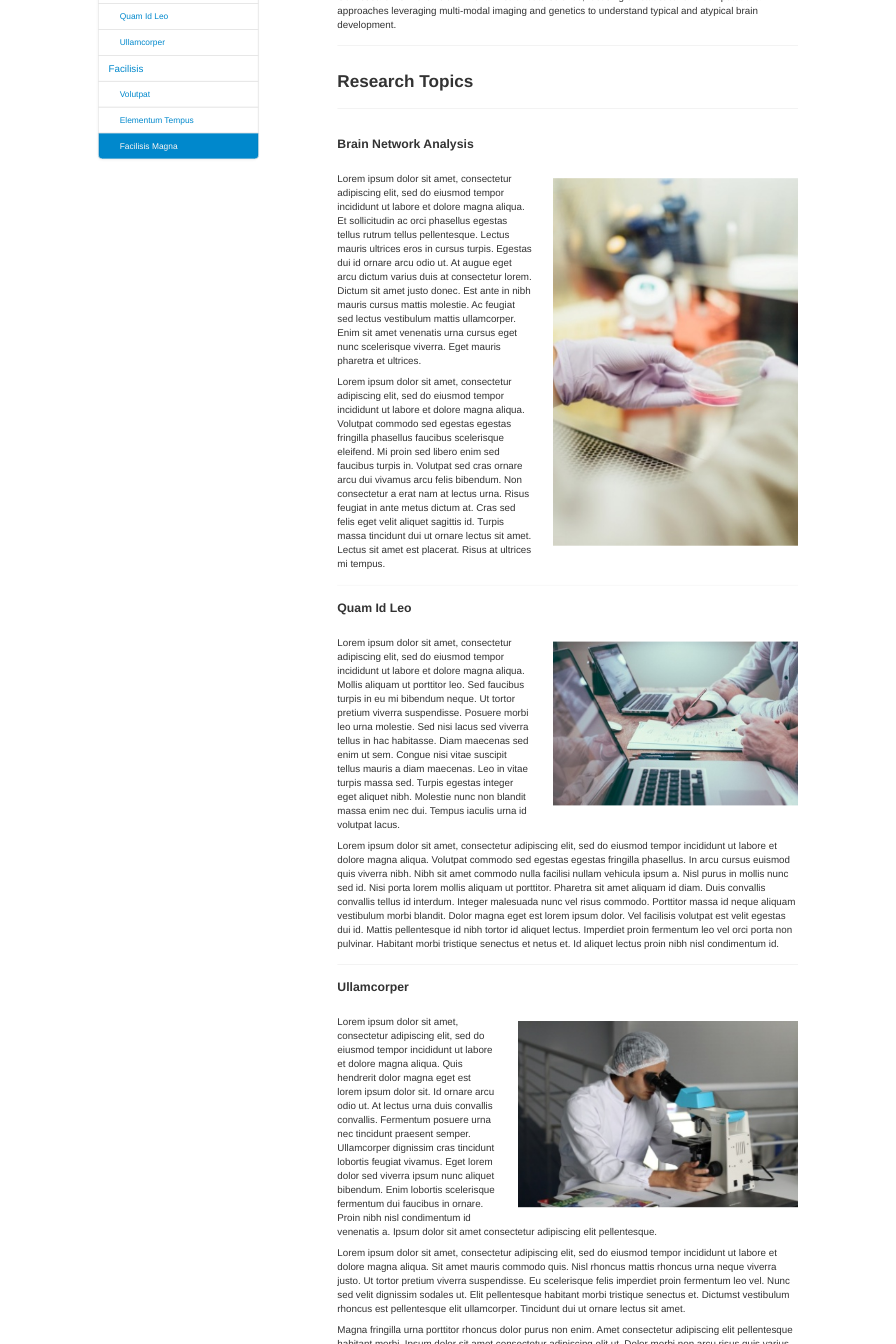
Repository: nbillab/nbillab.io
Page: research.html
An editor plug-in stored every save of this project. The page is shown before and after the next save, followed by the edit.
The browser window is 1280 px wide. The pictures show the part of the page from y = 391 to 2311 px (the page is 4445 px tall before and 4764 px after), at 70% of full size.

Above is the page before, as saved 2025-08-17 19:44:48.

### research.html
<!DOCTYPE html>
<html lang="en">
   <head>
      <meta charset="utf-8">
      <title>Research</title>
      <meta name="viewport" content="width=device-width, initial-scale=1.0">
      <meta name="description" content="Research Lab, Home, Velit Aliquet Sagittis University">
      <meta name="author" content="">
      <!-- Le styles -->
      <link href="css/bootstrap.min.css" rel="stylesheet">
      <link href="css/bootstrap-responsive.min.css" rel="stylesheet">
      <link href="css/theme.css" rel="stylesheet">
   </head>
   <body>
      <div class="container">
         <header class="jumbotron subhead" id="overview">
            <p class="lead"> School of Data Science, University of Virginia </p>
            <h1>NeuroBioInformatics Lab</h1>
         </header>
         <div class="masthead">
            <div class="navbar">
               <div class="navbar-inner">
                  <div class="container">
                     <ul class="nav">
                        <li><a href="index.html">Home</a></li>
                        <li><a href="people.html">People</a></li>
                        <li class="active"><a href="#">Research</a></li>
                        <li><a href="publications.html">Publications</a></li>
                        <li><a href="gallery.html">Gallery</a></li>
                        <li><a href="news.html">News</a></li>
                        <li><a href="contact.html">Contact</a></li>
                     </ul>
                  </div>
               </div>
            </div>
         </div>
         <hr>
         <div class="row-fluid">
            <div class="span3 bs-docs-sidebar" id="navparent">
               <ul class="nav nav-list bs-docs-sidenav" data-spy="affix" data-offset-top="200" data-offset-bottom="260">
                  <li><a href="#statemet"> Research Description </a></li>
                  <li><a href="#nano"> Enim Raesent Elementum </a></li>
                  <li><a class="subhead" href="#Penatibus"> Penatibus </a></li>
                  <li><a class="subhead" href="#QuamIdLeo"> Quam Id Leo  </a></li>
                  <li><a class="subhead" href="#Ullamcorper"> Ullamcorper </a></li>
                  <li><a href="#Facilisis">Facilisis</a></li>
                  <li><a class="subhead" href="#Volutpat"> Volutpat </a></li>
                  <li><a class="subhead" href="#ElementumTempus"> Elementum Tempus </a></li>
                  <li><a class="subhead" href="#FacilisisMagna"> Facilisis Magna </a></li>
               </ul>
            </div>
            <div class="span8 offset1">
               <section id="statemet">
                  <div class="page-header">
                     <h3>Research Description</h3>
                     <hr>
                     <p>Welcome to the NeuroBioInformatics Lab (NBIL) of School of Data Science at the University of Virginia.
                        Our research is in the field of mental health data science, focusing on statistical and computational approaches leveraging multi-modal imaging and genetics to understand typical and atypical brain development.
                     </p>
                  </div>
               </section>
               <section id="nano">
                  <div class="page-header">
                     <h3>Research Topics</h3>
                  </div>
                  <div class="row-fluid">
                     <div class="span12">
                        <section id="Penatibus">
                           <h4>Brain Network Analysis</h4>
                           <br/>
                           <img src="images/scientist-with-petri-dish.jpg" class="float-right" alt="Penatibus"/>
                           <p>
                              Lorem ipsum dolor sit amet, consectetur adipiscing elit, sed do eiusmod
                              tempor incididunt ut labore et dolore magna aliqua. Et sollicitudin ac
                              orci phasellus egestas tellus rutrum tellus pellentesque. Lectus mauris
                              ultrices eros in cursus turpis. Egestas dui id ornare arcu odio ut. At
                              augue eget arcu dictum varius duis at consectetur lorem. Dictum sit amet
                              justo donec. Est ante in nibh mauris cursus mattis molestie. Ac feugiat
                              sed lectus vestibulum mattis ullamcorper. Enim sit amet venenatis urna
                              cursus eget nunc scelerisque viverra. Eget mauris pharetra et ultrices.
                           </p>
                           <p>
                              Lorem ipsum dolor sit amet, consectetur adipiscing elit, sed do eiusmod
                              tempor incididunt ut labore et dolore magna aliqua. Volutpat commodo sed
                              egestas egestas fringilla phasellus faucibus scelerisque eleifend. Mi
                              proin sed libero enim sed faucibus turpis in. Volutpat sed cras ornare
                              arcu dui vivamus arcu felis bibendum. Non consectetur a erat nam at lectus
                              urna. Risus feugiat in ante metus dictum at. Cras sed felis eget velit
                              aliquet sagittis id. Turpis massa tincidunt dui ut ornare lectus sit amet.
                              Lectus sit amet est placerat. Risus at ultrices mi tempus.
                           </p>
                        </section>
                        <hr>
                        <section id="QuamIdLeo">
                           <h4>Quam Id Leo</h4>
                           <br/>
                           <img src="images/brainstorming-paper.jpg" class="float-right" alt="Quam Id Leo"/>
                           <p>
                              Lorem ipsum dolor sit amet, consectetur adipiscing elit, sed do eiusmod
                              tempor incididunt ut labore et dolore magna aliqua. Mollis aliquam ut
                              porttitor leo. Sed faucibus turpis in eu mi bibendum neque. Ut tortor
                              pretium viverra suspendisse. Posuere morbi leo urna molestie. Sed nisi
                              lacus sed viverra tellus in hac habitasse. Diam maecenas sed enim ut sem.
                              Congue nisi vitae suscipit tellus mauris a diam maecenas. Leo in vitae
                              turpis massa sed. Turpis egestas integer eget aliquet nibh. Molestie
                              nunc non blandit massa enim nec dui. Tempus iaculis urna id volutpat lacus.
                           </p>
                           <p>
                              Lorem ipsum dolor sit amet, consectetur adipiscing elit, sed do eiusmod
                              tempor incididunt ut labore et dolore magna aliqua. Volutpat commodo sed
                              egestas egestas fringilla phasellus. In arcu cursus euismod quis viverra
                              nibh. Nibh sit amet commodo nulla facilisi nullam vehicula ipsum a. Nisl
                              purus in mollis nunc sed id. Nisi porta lorem mollis aliquam ut porttitor.
                              Pharetra sit amet aliquam id diam. Duis convallis convallis tellus id
                              interdum. Integer malesuada nunc vel risus commodo. Porttitor massa id
                              neque aliquam vestibulum morbi blandit. Dolor magna eget est lorem ipsum
                              dolor. Vel facilisis volutpat est velit egestas dui id. Mattis pellentesque
                              id nibh tortor id aliquet lectus. Imperdiet proin fermentum leo vel orci
                              porta non pulvinar. Habitant morbi tristique senectus et netus et. Id aliquet
                              lectus proin nibh nisl condimentum id.
                           </p>
                        </section>
                        <hr>
                        <section id="Ullamcorper">
                           <h4>Ullamcorper</h4>
                           <br/>
                           <img src="images/man-with-microscope.jpg" class="float-right" alt="Ullamcorper"/>
                           <p>
                              Lorem ipsum dolor sit amet, consectetur adipiscing elit, sed do
                              eiusmod tempor incididunt ut labore et dolore magna aliqua. Quis
                              hendrerit dolor magna eget est lorem ipsum dolor sit. Id ornare
                              arcu odio ut. At lectus urna duis convallis convallis. Fermentum
                              posuere urna nec tincidunt praesent semper. Ullamcorper dignissim
                              cras tincidunt lobortis feugiat vivamus. Eget lorem dolor sed
                              viverra ipsum nunc aliquet bibendum. Enim lobortis scelerisque
                              fermentum dui faucibus in ornare. Proin nibh nisl condimentum id
                              venenatis a. Ipsum dolor sit amet consectetur adipiscing elit
                              pellentesque.
                           </p>
                           <p>
                              Lorem ipsum dolor sit amet, consectetur adipiscing elit, sed
                              do eiusmod tempor incididunt ut labore et dolore magna aliqua.
                              Sit amet mauris commodo quis. Nisl rhoncus mattis rhoncus urna
                              neque viverra justo. Ut tortor pretium viverra suspendisse. Eu
                              scelerisque felis imperdiet proin fermentum leo vel. Nunc sed
                              velit dignissim sodales ut. Elit pellentesque habitant morbi
                              tristique senectus et. Dictumst vestibulum rhoncus est
                              pellentesque elit ullamcorper. Tincidunt dui ut ornare lectus
                              sit amet.
                           </p>
                           <p>
                              Magna fringilla urna porttitor rhoncus dolor purus non enim.
                              Amet consectetur adipiscing elit pellentesque habitant morbi.
                              Ipsum dolor sit amet consectetur adipiscing elit ut. Dolor morbi
                              non arcu risus quis varius quam quisque id. Cras tincidunt lobortis
                              feugiat vivamus. Lorem ipsum dolor sit amet consectetur adipiscing
                              elit duis. Accumsan tortor posuere ac ut consequat semper viverra.
                              Mattis nunc sed blandit libero volutpat sed.
                           </p>
                        </section>
                     </div>
                  </div>
               </section>
               <hr>
               <section id="Facilisis">
                  <div class="page-header">
                     <h3>Facilisis</h3>
                  </div>
                  <div class="row-fluid">
                     <div class="span12">
                        <section id="Volutpat">
                           <h4>Volutpat</h4>
                           <br/>
                           <img src="images/solar-2.jpg" class="float-right" alt="Volutpat"/>
                           <p>
                              Lorem ipsum dolor sit amet, consectetur adipiscing elit, sed do eiusmod
                              tempor incididunt ut labore et dolore magna aliqua. Ultricies mi quis
                              hendrerit dolor. Non odio euismod lacinia at quis risus sed vulputate odio.
                              Amet volutpat consequat mauris nunc congue nisi. Netus et malesuada fames
                              ac turpis egestas maecenas. Mauris in aliquam sem fringilla ut morbi tincidunt.
                              Arcu bibendum at varius vel. Vel eros donec ac odio tempor. Nec ullamcorper
                              sit amet risus nullam eget. Volutpat blandit aliquam etiam erat velit
                              scelerisque in dictum. Eu facilisis sed odio morbi quis. Justo eget magna
                              fermentum iaculis eu. Orci eu lobortis elementum nibh tellus molestie nunc non
                              blandit. Bibendum arcu vitae elementum curabitur vitae nunc sed. Iaculis eu non
                              diam phasellus vestibulum lorem. Auctor augue mauris augue neque gravida. Sit
                              amet purus gravida quis blandit. In nulla posuere sollicitudin aliquam ultrices.
                           </p>
                           <p>
                              Lorem ipsum dolor sit amet, consectetur adipiscing elit, sed do eiusmod tempor
                              incididunt ut labore et dolore magna aliqua. Nisi quis eleifend quam adipiscing
                              vitae proin. Metus vulputate eu scelerisque felis imperdiet proin fermentum.
                              Consectetur adipiscing elit duis tristique sollicitudin. Faucibus ornare
                              suspendisse sed nisi lacus sed viverra. Odio tempor orci dapibus ultrices in
                              iaculis nunc sed augue. Laoreet non curabitur gravida arcu ac tortor dignissim
                              convallis aenean. Posuere sollicitudin aliquam ultrices sagittis orci. Tellus
                              orci ac auctor augue. Tristique risus nec feugiat in. In est ante in nibh mauris.
                              Neque gravida in fermentum et sollicitudin ac. Commodo viverra maecenas accumsan
                              lacus vel facilisis volutpat. Aliquam malesuada bibendum arcu vitae elementum.
                           </p>
                        </section>
                        <hr>
                        <section id="ElementumTempus">
                           <h4>Elementum Tempus</h4>
                           <br/>
                           <img src="images/energy.jpg" class="float-right" alt="Elementum Tempus"/>
                           <p>
                              Lorem ipsum dolor sit amet, consectetur adipiscing elit, sed do eiusmod tempor
                              incididunt ut labore et dolore magna aliqua. Quisque sagittis purus sit amet
                              volutpat consequat mauris nunc congue. Arcu ac tortor dignissim convallis aenean.
                              Etiam non quam lacus suspendisse faucibus interdum posuere lorem ipsum. Lorem
                              mollis aliquam ut porttitor leo a diam sollicitudin. Convallis aenean et tortor
                              at risus viverra adipiscing at. Nibh cras pulvinar mattis nunc sed blandit libero.
                              Venenatis a condimentum vitae sapien pellentesque. Diam maecenas ultricies mi eget
                              mauris. Facilisis volutpat est velit egestas dui id. Ut ornare lectus sit amet est
                              placerat in egestas erat. Vel elit scelerisque mauris pellentesque pulvinar
                              pellentesque habitant.
                           </p>
                           <p>
                              Lorem ipsum dolor sit amet, consectetur adipiscing elit, sed do eiusmod tempor
                              incididunt ut labore et dolore magna aliqua. Donec ac odio tempor orci dapibus
                              ultrices. Venenatis a condimentum vitae sapien. Ante in nibh mauris cursus mattis
                              molestie a iaculis at. Egestas quis ipsum suspendisse ultrices gravida dictum fusce.
                              Pellentesque elit eget gravida cum. Duis ultricies lacus sed turpis tincidunt id
                              aliquet risus. Aliquet risus feugiat in ante metus dictum at. Id leo in vitae turpis.
                              Nec nam aliquam sem et tortor consequat id porta nibh. Sagittis eu volutpat odio
                              facilisis mauris sit amet massa. Facilisis mauris sit amet massa. Amet risus nullam
                              eget felis eget nunc lobortis mattis. Ut sem nulla pharetra diam sit. Mattis molestie
                              a iaculis at erat pellentesque adipiscing commodo. Enim neque volutpat ac tincidunt
                              vitae semper quis lectus nulla. Lectus sit amet est placerat in egestas erat. Aliquet
                              nibh praesent tristique magna sit amet purus gravida. At volutpat diam ut venenatis.
                              Nibh ipsum consequat nisl vel pretium lectus.
                           </p>
                        </section>
                        <hr>
                        <section id="FacilisisMagna">
                           <h4>Facilisis Magna</h4>
                           <br/>
                           <ol class="resources">
                              <li>Lorem ipsum dolor sit amet, consectetur adipiscing elit, sed do eiusmod tempor
                                 incididunt ut labore et dolore magna aliqua. p. 413-417, 2010.
                              </li>
                              <li>Sed ullamcorper morbi tincidunt ornare massa eget egestas. Suscipit tellus mauris
                                 a diam. Facilisis magna etiam tempor orci eu lobortis elementum nibh tellus.
                              </li>
                              <li>Tellus molestie nunc non blandit massa enim nec dui. Eget duis at tellus at urna
                                 condimentum mattis pellentesque id. At urna condimentum mattis pellentesque id nibh
                                 tortor. Placerat duis ultricies lacus sed turpis tincidunt id aliquet risus.
                              </li>
                              <li>Laoreet non curabitur gravida arcu ac. Ultricies tristique nulla aliquet enim. Auctor
                                 elit sed vulputate mi. Pellentesque diam volutpat commodo sed egestas egestas fringilla.
                                 Eleifend donec pretium vulputate sapien nec sagittis. 38(5), p. 397-406, 2013.
                              </li>
                           </ol>
                        </section>
                     </div>
                  </div>
               </section>
               <hr>
            </div>
         </div>
      </div>
      <footer id="footer">
         <div class="container-fluid">
            <div class="row-fluid">
               <div class="span5">
                  <h3>Contact Information</h3>
                  <p><b>Office Hours: </b>Monday-Friday (8.00am - 5.00pm)</p>
                  <a href="mailto:xsa5db@virginia.edu">Email</a>
               </div>
               <div class="span2">
                  <a href="https://datascience.virginia.edu/"><img src = "images/UVA.png" alt="research-lab-logo"/></a>
               </div>
               <div class="span5">
                  <h3>Address</h3>
                  <p>1919 Ivy Road<br>
                     Charlottesville, VA<br>
                     USA 22903
                  </p>
                  <a href="http://maps.google.com/">Show Map</a>
               </div>
            </div>
         </div>
      </footer>


      <!-- Le javascript
         ================================================== -->
      <!-- Placed at the end of the document so the pages load faster -->
      <script src="js/jquery-1.9.1.min.js"></script>
      <script src="js/bootstrap.min.js"></script>
      <script>
         $(document).ready(function() {
             $(document.body).scrollspy({
                 target: "#navparent"
             });
         });

      </script>
   </body>
</html>

Loaded but not shown: css/bootstrap.min.css (library); css/bootstrap-responsive.min.css (library); js/jquery-1.9.1.min.js (library); js/bootstrap.min.js (library); css/theme.css (552 lines, source omitted)

After the next save:
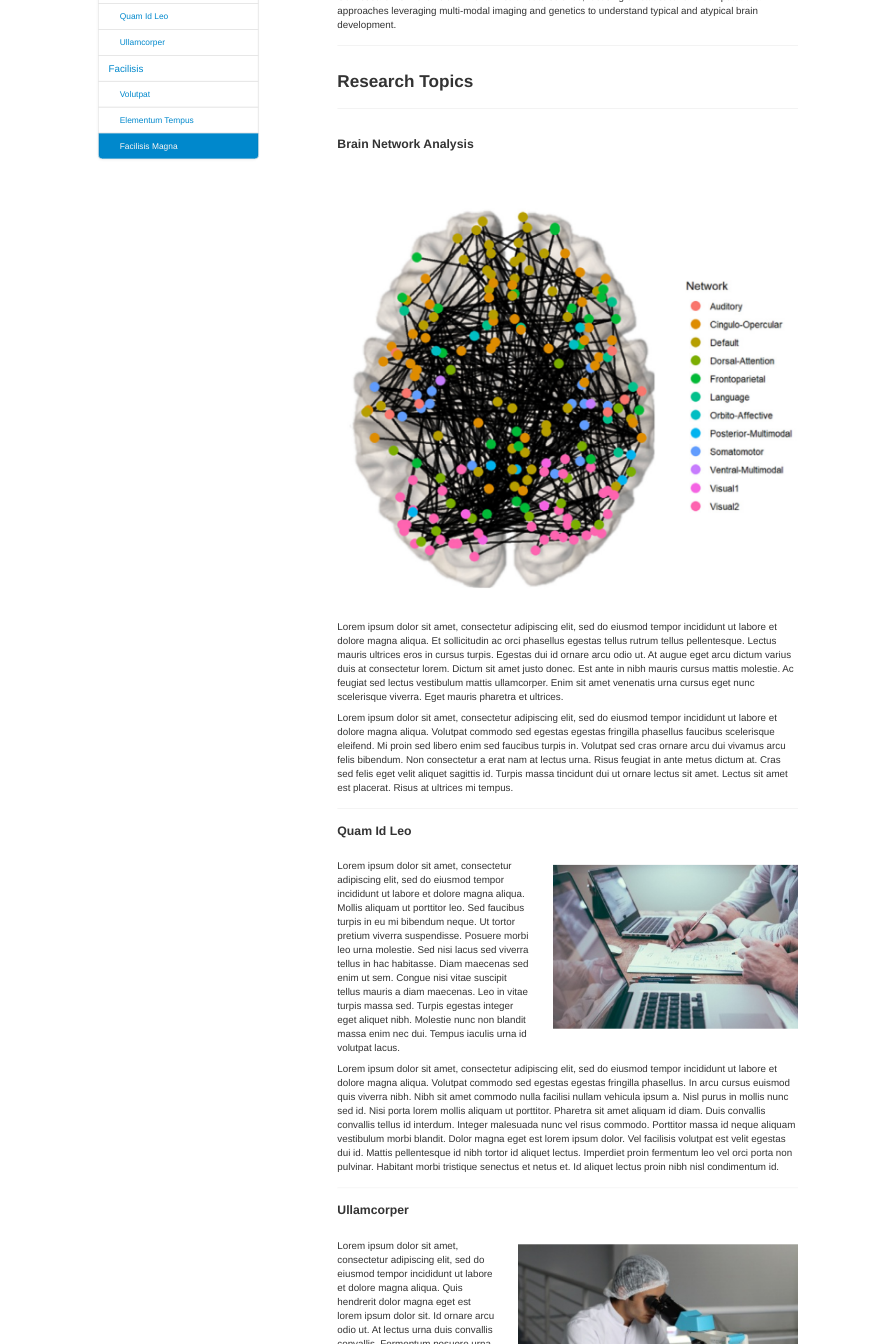
Saved 2 min 47 s later.
--- a/research.html
+++ b/research.html
@@ -68,7 +68,7 @@
                         <section id="Penatibus">
                            <h4>Brain Network Analysis</h4>
                            <br/>
-                           <img src="images/scientist-with-petri-dish.jpg" class="float-right" alt="Penatibus"/>
+                           <img src="images/brain_conn.png" class="float-right" alt="Penatibus"/>
                            <p>
                               Lorem ipsum dolor sit amet, consectetur adipiscing elit, sed do eiusmod
                               tempor incididunt ut labore et dolore magna aliqua. Et sollicitudin ac
